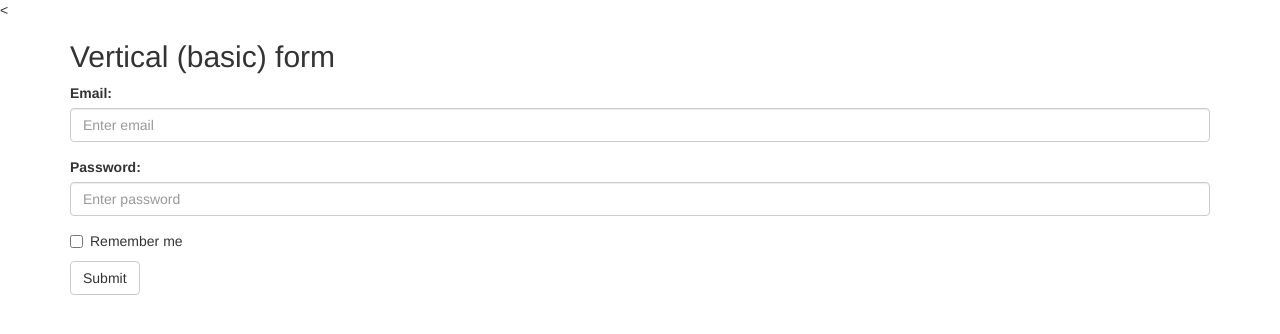
Repository: Trongphamsr/eclip-crud-ss-date-jsp
Page: http://localhost/chenLoginGoogleFacebookComment/facebook.jsp
An editor plug-in stored every save of this project. The page is shown before and after the next save, followed by the edit.
The browser window is 1280 px wide. The pictures show the whole page.
The page is served by Tomcat 9.

Above is the page before, as saved 2018-06-15 00:58:26.

After the next save:
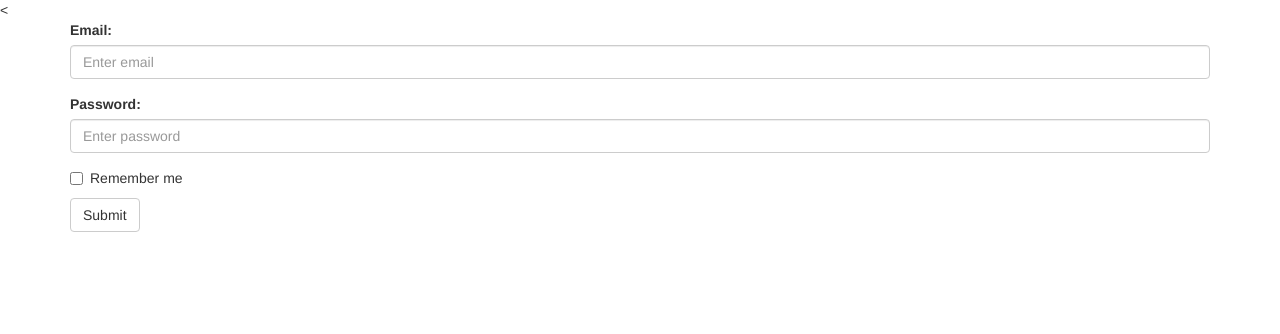
Saved 72 s later.
--- a/eclip_22_6_2018/chenLoginGoogleFacebookComment/WebContent/facebook.jsp
+++ b/eclip_22_6_2018/chenLoginGoogleFacebookComment/WebContent/facebook.jsp
@@ -12,7 +12,6 @@
 </head>
 <body>
 <div class="container">
-  <h2>Vertical (basic) form</h2>
   <form action="/action_page.php">
     <div class="form-group">
       <label for="email">Email:</label>
